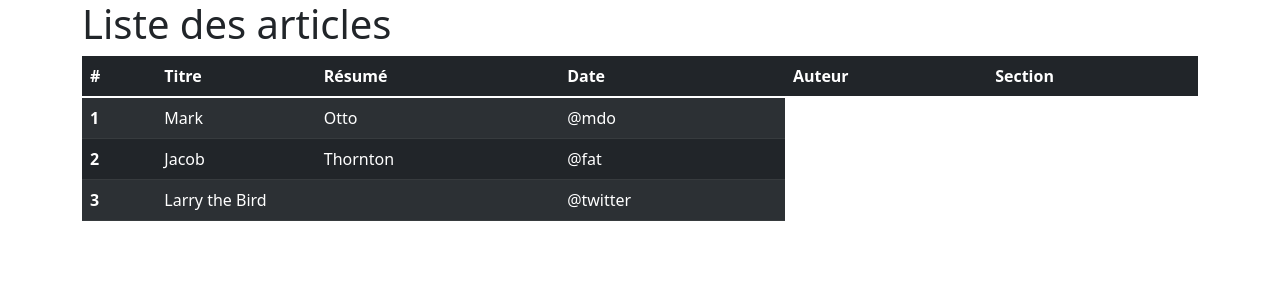
Repository: QuentinFayt/NewsWeb
Page: sources/adminNewsWeb/articlesList.html
The author's editor kept a copy of each file at every save. The page is drawn from the files as they stood at one save, then again after the next save.
The browser window is 1280 px wide. The pictures show the whole page.

Above is the page before, as saved 2021-12-23 11:52:47.

### sources/adminNewsWeb/articlesList.html
<!doctype html>
<html lang="fr">

<head>
    <meta charset="utf-8">
    <meta name="viewport" content="width=device-width, initial-scale=1">
    <link href="https://cdn.jsdelivr.net/npm/bootstrap@5.1.3/dist/css/bootstrap.min.css" rel="stylesheet" integrity="sha384-1BmE4kWBq78iYhFldvKuhfTAU6auU8tT94WrHftjDbrCEXSU1oBoqyl2QvZ6jIW3" crossorigin="anonymous">
    <title>Liste des articles</title>
</head>

<body>
    <main class="container">
        <h1>Liste des articles</h1>
        <table class="table table-dark table-striped">
            <thead>
                <tr>
                    <th scope="col">#</th>
                    <th scope="col">Titre</th>
                    <th scope="col">Résumé</th>
                    <th scope="col">Date</th>
                    <th scope="col">Auteur</th>
                    <th scope="col">Section</th>
                </tr>
            </thead>
            <tbody>
                <tr>
                    <th scope="row">1</th>
                    <td>Mark</td>
                    <td>Otto</td>
                    <td>@mdo</td>
                </tr>
                <tr>
                    <th scope="row">2</th>
                    <td>Jacob</td>
                    <td>Thornton</td>
                    <td>@fat</td>
                </tr>
                <tr>
                    <th scope="row">3</th>
                    <td colspan="2">Larry the Bird</td>
                    <td>@twitter</td>
                </tr>
            </tbody>
        </table>
    </main>
    <script src="https://cdn.jsdelivr.net/npm/bootstrap@5.1.3/dist/js/bootstrap.bundle.min.js" integrity="sha384-ka7Sk0Gln4gmtz2MlQnikT1wXgYsOg+OMhuP+IlRH9sENBO0LRn5q+8nbTov4+1p" crossorigin="anonymous"></script>
</body>

</html>

After the next save:
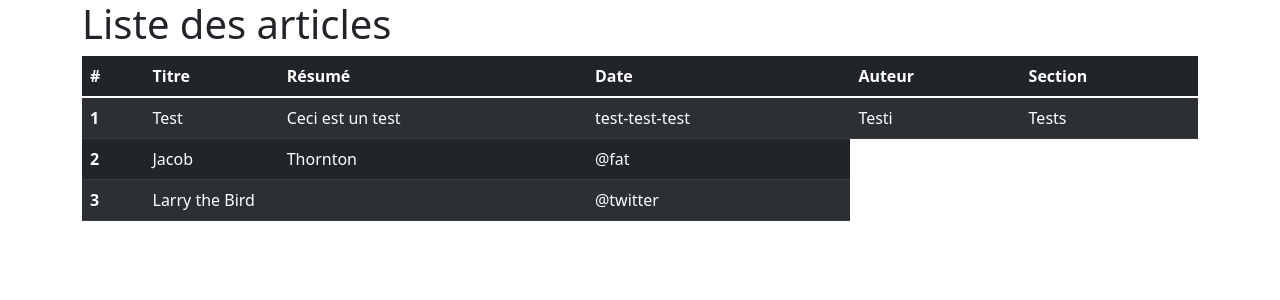
Saved 61 s later.
--- a/sources/adminNewsWeb/articlesList.html
+++ b/sources/adminNewsWeb/articlesList.html
@@ -25,9 +25,11 @@
             <tbody>
                 <tr>
                     <th scope="row">1</th>
-                    <td>Mark</td>
-                    <td>Otto</td>
-                    <td>@mdo</td>
+                    <td>Test</td>
+                    <td>Ceci est un test</td>
+                    <td>test-test-test</td>
+                    <td>Testi</td>
+                    <td>Tests</td>
                 </tr>
                 <tr>
                     <th scope="row">2</th>
